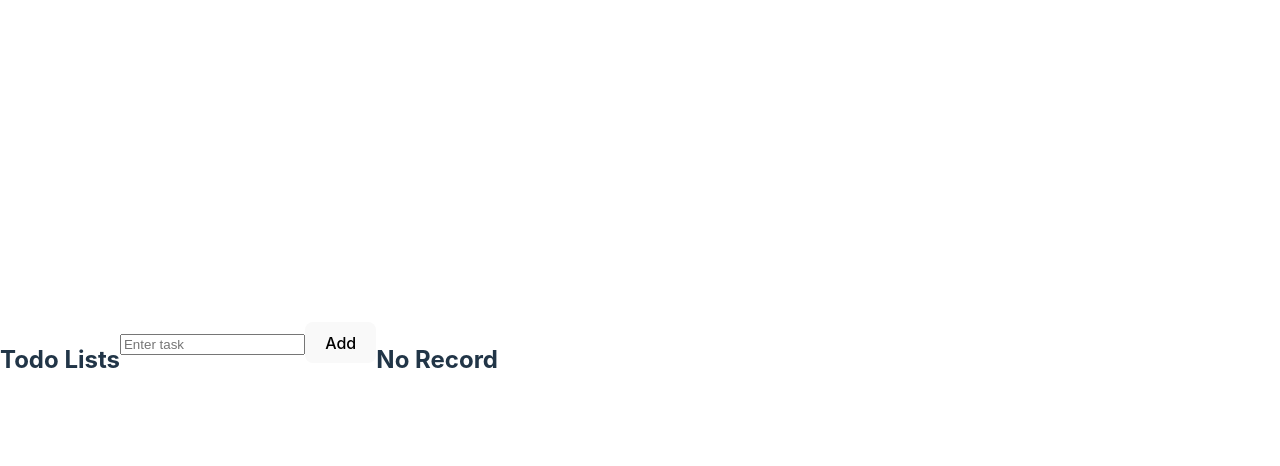
Repository: thainguyen282/TodoList
Page: / (app in todolist/)
The author's editor kept a copy of each file at every save. The page is drawn from the files as they stood at one save, then again after a run of saves.
The browser window is 1280 px wide. The pictures show the whole page.
The page's requests for data from a server got no answer. The project was rebuilt for these pictures with package versions that can differ from the ones it lists, and the page was loaded fresh each time. No one was signed in, and anything a server would have sent is missing. Also part of the build but not shown: todolist/vite.config.js.

Above is the page before, as saved 2023-11-12 11:23:57.

After the next 5 saves:
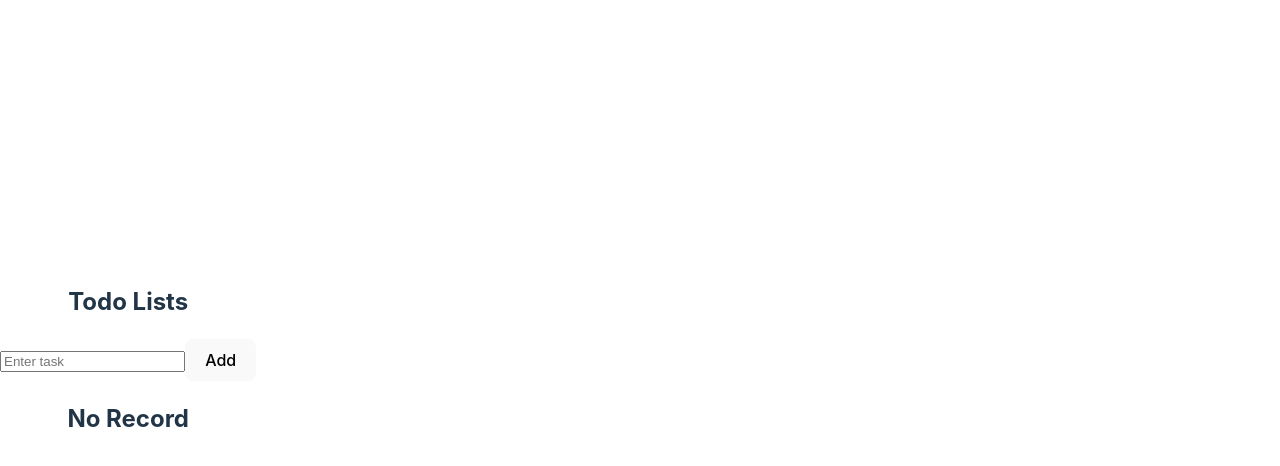
The 5 saves are shown as one change because they came seconds apart.
The last was saved 72 s later.
--- a/todolist/src/App.css
+++ b/todolist/src/App.css
@@ -1,6 +1,7 @@
 .home {
   display: flex;
-
+  flex-direction: column;
+  align-items: center;
 }
 
 .task {
